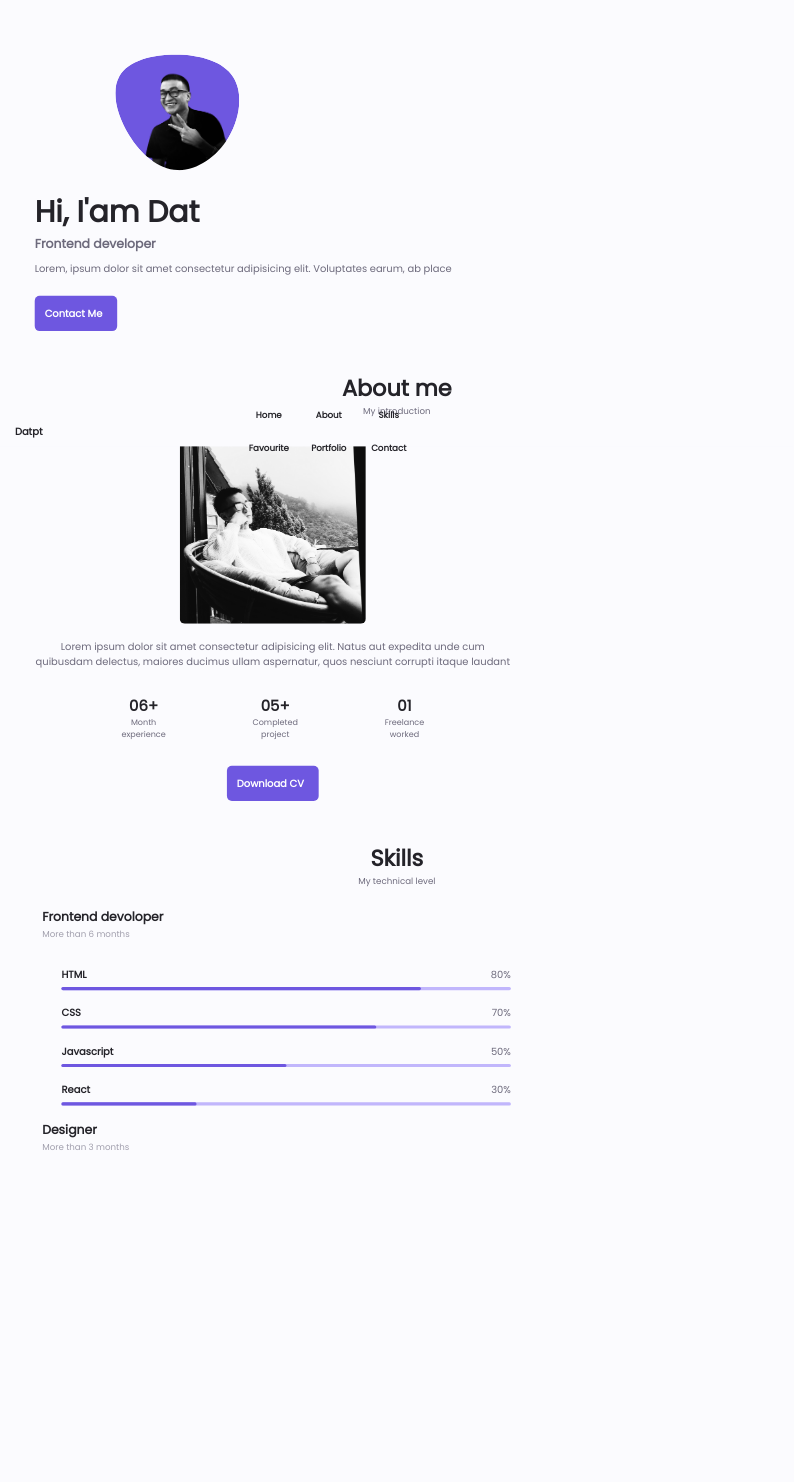
Repository: Datt21/portfolio
Page: index.html
The author's editor kept a copy of each file at every save. The page is drawn from the files as they stood at one save, then again after the next save.
The browser window is 1280 px wide. The pictures show the whole page, at 62% of full size.
Some icons come from a web library that is not loaded, so they are not drawn.

Above is the page before, as saved 2021-07-10 17:38:24.

### index.html
<!DOCTYPE html>
<html lang="en">
<head>
    <meta charset="UTF-8">
    <meta http-equiv="X-UA-Compatible" content="IE=edge">
    <meta name="viewport" content="width=device-width, initial-scale=1.0">
    <!--============= ICONS ================  -->
    <link rel="stylesheet" href="https://unicons.iconscout.com/release/v4.0.0/css/line.css">

    <!-- ============= SWIPER CSS =============== -->
    <link rel="stylesheet" href="">

    <!-- =============== CSS ========================= -->
    <link rel="stylesheet" href="./Css/style.css">

    <title>Portfolio</title>
</head>
<body>
    <!--============================ HEADER ============================ -->
    <header class="header" id="header">
        <nav class="nav container">
            <a href="#" class="nav__logo">Datpt</a>

            <div class="nav__menu" id="nav-menu">
                <ul class="nav__list grid">
                    <li class="nav__item">
                        <a href="#home" class="nav__link">
                            <i class="uil uil-estate nav__icon"></i>Home
                        </a>
                    </li>
                    <li class="nav__item">
                        <a href="#about" class="nav__link">
                            <i class="uil uil-user nav__icon"></i>About
                        </a>
                    </li>
                    <li class="nav__item">
                        <a href="#skills" class="nav__link">
                            <i class="uil uil-file-alt nav__icon"></i>Skills
                        </a>
                    </li>
                    <li class="nav__item">
                        <a href="#fovourite" class="nav__link">
                            <i class="uil uil-books nav__icon"></i>Favourite
                        </a>
                    </li>
                    <li class="nav__item">
                        <a href="#portfolio" class="nav__link">
                            <i class="uil uil-scenery nav__icon"></i>Portfolio
                        </a>
                    </li>
                    <li class="nav__item">
                        <a href="#contact" class="nav__link">
                            <i class="uil uil-message nav__icon"></i>Contact
                        </a>
                    </li>
                </ul>
                <i class="uil uil-times nav__close" id="nav-close"></i>
            </div>

            <div class="nav__btns">
                <div class="nav__toggle" id="nav-toggle">
                    <i class="uil uil-apps"></i>
                </div>
            </div>
        </nav>
    </header>

     <!--==================== MAIN ====================-->
     <main class="main">
        <!--==================== HOME ====================-->
        <section class="home section" id="home">
            <div class="home__container container grid">
                <div class="home__content grid">
                    <div class="home__social">
                        <a href="https://www.facebook.com/profile.php?id=100043830603950" target="_blank" class="home__social-icon">
                            <i class="uil uil-facebook"></i>
                        </a>
                        <a href="https://t.me/datpt21" target="_blank" class="home__social-icon">
                            <i class="uil uil-telegram-alt"></i>
                        </a>
                        <a href="https://github.com/Datt21" target="_blank" class="home__social-icon">
                            <i class="uil uil-github-alt"></i>
                        </a>
                    </div>

                    <div class="home__img">
                        <svg class="home__blob" viewBox="0 0 200 187" xmlns="http://www.w3.org/2000/svg" xmlns:xlink="http://www.w3.org/1999/xlink">
                            <mask id="mask0" mask-type="alpha">
                                <path d="M190.312 36.4879C206.582 62.1187 201.309 102.826 182.328 134.186C163.346 165.547
                                130.807 187.559 100.226 186.353C69.6454 185.297 41.0228 161.023 21.7403 129.362C2.45775
                                97.8511 -7.48481 59.1033 6.67581 34.5279C20.9871 10.1032 59.7028 -0.149132 97.9666
                                0.00163737C136.23 0.303176 174.193 10.857 190.312 36.4879Z"/>
                            </mask>
                            <g mask="url(#mask0)">
                                <path d="M190.312 36.4879C206.582 62.1187 201.309 102.826 182.328 134.186C163.346
                                165.547 130.807 187.559 100.226 186.353C69.6454 185.297 41.0228 161.023 21.7403
                                129.362C2.45775 97.8511 -7.48481 59.1033 6.67581 34.5279C20.9871 10.1032 59.7028
                                -0.149132 97.9666 0.00163737C136.23 0.303176 174.193 10.857 190.312 36.4879Z"/>

                                <image class="home_blob-img" x='12' y='18 'xlink:href="./images/me.png"/>
                            </g>
                        </svg>

                    </div>

                    <div class="home__data">
                        <h1 class="home__title">Hi, I'am Dat</h1>
                        <h3 class="home_subtitle">Frontend developer</h3>
                        <p class="home_description">Lorem, ipsum dolor sit amet consectetur adipisicing elit.
                            Voluptates earum, ab place</p>
                        <a href="#contact" class="button button--flex">
                            Contact Me<i class="uil uil-message button__icon"></i>
                        </a>
                    </div>
                </div>

                <div class="home_scroll">
                    <a href="#about" class="home__scroll-button button--flex">
                        <i class="uil uil-mouse-alt-2 home__scroll-mouse"></i>
                        <span class="home__scroll-name">Scroll down</span>
                        <i class="uil uil-arrow-down home__scroll-arrow"></i>
                    </a>
                </div>
            </div>
        </section>

        <!--==================== ABOUT ====================-->
        <section class="about section" id="about">
            <h2 class="section__title">About me</h2>
            <span class="section__subtitle">My introduction</span>

            <div class="about__container container grid">
                <img src="./images/me2.jpg" alt="" class="about__img">

                <div class="about-data">
                    <p class="about-decription">Lorem ipsum dolor sit amet consectetur adipisicing elit.
                        Natus aut expedita unde cum quibusdam delectus, maiores ducimus ullam aspernatur, quos nesciunt corrupti itaque laudant</p>

                    <div class="about__info">
                        <div>
                            <span class="about__info-title">06+</span>
                            <span class="about__info-name">Month <br> experience</span>
                        </div>
                        <div>
                            <span class="about__info-title">05+</span>
                            <span class="about__info-name">Completed <br> project</span>
                        </div>
                        <div>
                            <span class="about__info-title">01</span>
                            <span class="about__info-name">Freelance <br> worked</span>
                        </div>
                    </div>

                    <div class="about__buttons">
                        <a download="" href="./pdf/LeTienDat_CV.pdf" class="button button--flex">
                            Download CV <i class="uil uil-download-alt button__icon"></i>
                        </a>
                    </div>
                </div>
            </div>


        </section>

        <!--==================== SKILLS ====================-->
        <section class="skills section" id="skills">
            <h2 class="section__title">Skills</h2>
            <span class="section__subtitle">My technical level</span>

            <div class="skills__container container grid">
                <div>
                    <!-- skill 1 -->
                    <div class="skills__content skills__open">
                        <div class="skills__header">
                            <i class="uil uil-brackets-curly skills__icon"></i>

                            <div>
                                <h1 class="skills__title">Frontend devoloper</h1>
                                <span class="skills__subtitle">More than 6 months</span>
                            </div>

                            <i class="uil uil-angle-down skills__arrow"></i>
                        </div>

                        <div class="skills__list grid">
                            <div class="skills__data">
                                <div class="skills__titles">
                                    <h3 class="skills__name">HTML</h3>
                                    <span class="skills__number">80%</span>
                                </div>
                                <div class="skills__bar">
                                    <span class="skills__percentage skills__html"></span>
                                </div>
                            </div>

                            <div class="skills__data">
                                <div class="skills__titles">
                                    <h3 class="skills__name">CSS</h3>
                                    <span class="skills__number">70%</span>
                                </div>
                                <div class="skills__bar">
                                    <span class="skills__percentage skills__css"></span>
                                </div>
                            </div>

                            <div class="skills__data">
                                <div class="skills__titles">
                                    <h3 class="skills__name">Javascript</h3>
                                    <span class="skills__number">50%</span>
                                </div>
                                <div class="skills__bar">
                                    <span class="skills__percentage skills__js"></span>
                                </div>
                            </div>

                            <div class="skills__data">
                                <div class="skills__titles">
                                    <h3 class="skills__name">React</h3>
                                    <span class="skills__number">30%</span>
                                </div>
                                <div class="skills__bar">
                                    <span class="skills__percentage skills__react"></span>
                                </div>
                            </div>
                        </div>
                    </div>

                    <!-- skill 2 -->
                    <div class="skills__content skills__close">
                        <div class="skills__header">
                            <i class="uil uil-swatchbook skills__icon"></i>

                            <div>
                                <h1 class="skills__title">Designer</h1>
                                <span class="skills__subtitle">More than 3 months</span>
                            </div>
                            <i class="uil uil-angle-down skills__arrow"></i>
                        </div>

                        <div class="skills__list grid">
                            <div class="skills__data">
                                <div class="skills__titles">
                                    <h3 class="skills__name">Figma</h3>
                                    <span class="skills__number">40%</span>
                                </div>
                                <div class="skills__bar">
                                    <span class="skills__percentage skills__figma"></span>
                                </div>
                            </div>

                            <div class="skills__data">
                                <div class="skills__titles">
                                    <h3 class="skills__name">Photoshop</h3>
                                    <span class="skills__number">30%</span>
                                </div>
                                <div class="skills__bar">
                                    <span class="skills__percentage skills__photoshop"></span>
                                </div>
                            </div>

                        </div>
                    </div>
                </div>
            </div>


        </section>

        <!--==================== QUALIFICATION ====================-->
        <section class="qualification section">


        </section>

        <!--==================== SERVICES ====================-->
        <section class="services section" id="services">


        </section>

        <!--==================== PORTFOLIO ====================-->
        <section class="portfolio section" id="portfolio">


        </section>

        <!--==================== PROJECT IN MIND ====================-->
        <section class="project section">


        </section>

        <!--==================== TESTIMONIAL ====================-->
        <section class="testimonial section">


        </section>

        <!--==================== CONTACT ME ====================-->
        <section class="contact section" id="contact">


        </section>
    </main>

    <!--==================== FOOTER ====================-->
    <footer class="footer">


    </footer>

    <!--==================== SCROLL TOP ====================-->


    <!--==================== SWIPER JS ====================-->
    <script src=""></script>

    <!-- =================== JS ======================= -->
    <script src="./JS/main.js"></script>
</body>
</html>

### Css/style.css
/* ========================= GOOGLE FONTS ========================= */
@import url('https://fonts.googleapis.com/css2?family=Poppins&display=swap');

/*========================= VARIABLES CSS ==========================*/
:root{
    --header-height: 3rem;

    /* ---COLORS----- */
    --hue-color: 250;
    --first-color: hsl(var(--hue-color), 69%, 61%);
    --first-color-second: hsl(var(--hue-color), 69%, 61%);
    --first-color-alt: hsl(var(--hue-color), 57%, 53%);
    --first-color-lighter: hsl(var(--hue-color), 92%, 85%);
    --title-color:hsl(var(--hue-color), 8%, 15%);
    --text-color: hsl(var(--hue-color), 8%, 45%);
    --text-color-light: hsl(var(--hue-color), 8%, 65%);
    --input-color: hsl(var(--hue-color), 70%, 96%);
    --body-color: hsl(var(--hue-color), 60%, 99%);
    --container-color: #fff;

    /* --- FONT & SIZES */
    --body-font: 'Poppins', sans-serif;

    --font-semi-bold: 700;
    --font-medium: 600;

    --big-font-size: 2rem;
    --h1-font-size: 1.5rem;
    --h2-font-size: 1.25rem;
    --h3-font-size: 1.125rem;
    --normal-font-size: .938rem;
    --small-font-size: .813rem;
    --smaller-font-size: .75rem;

    /* --- MARGIN BOTTOM */
    --mb-0-25: .25rem;
    --mb-0-5: .5rem;
    --mb-0-75: .75rem;
    --mb-1: 1rem;
    --mb-1-5: 1.5rem;
    --mb-2: 2rem;
    --mb-2-5: 2.5rem;
    --mb-3: 3rem;

    /* Z INDEX */
    --z-tooltip: 10;
    --z-fixed: 100;
    --z-modal: 1000;

}

/* Font size for large devices */
@media screen and (min-width: 968px){
    :root {
        --big-font-size: 3rem;
        --h1-font-size: 2.25rem;
        --h2-font-size: 1.5rem;
        --h3-font-size: 1.25rem;
        --normal-font-size: 1rem;
        --small-font-size: .875rem;
        --smaller-font-size: .813rem;
    }

}

/*====================== Variables Dark Theme ===================  */

/*====================== Button Dark/Light  ===================  */

/*====================== BASE ========================= */
*{
    box-sizing: border-box;
    padding: 0;
    margin: 0;
}

html{
    scroll-behavior: smooth;
}

body{
    margin: 0 0 var(--header-height) 0;
    font-family: var(--body-font);
    font-size: var(--normal-font-size);
    background-color: var(--body-color);
    color: var(--text-color);
}

h1,h2,h3,h4{
    color: var(--title-color);
    font-weight: var(--font-semi-bold)
}

ul{
    list-style: none;
}

a{
    text-decoration: none;
}

img{
    max-width: 100%;
    height: auto;
}

/*========================= set section - css classes ====================  */
.section{
    padding: 2rem;
}

.section__title{
    font-size: var(--h1-font-size);
}

.section__subtitle{
    display: block;
    font-size: var(--small-font-size);
    margin-bottom: var(--mb-2);
}

.section__title,
.section__subtitle{
    text-align: center;
}

/* ===================== LAYOUT ============================== */
.container{
    max-width: 768px;
    margin-left: var(--mb-1-5);
    margin-right: var(--mb-1-5);
}

.grid{
    display: grid;
    gap: 1.5rem;
}

.header{
    width: 100%;
    position: fixed;
    bottom: 0;
    left: 0;
    z-index: var(--z-fixed);
    background-color: var(--body-color);
}

/* ===================== NAV ==================== */
.nav{
    max-width: 968px;
    height: var(--header-height);
    display: flex;
    justify-content:space-between;
    align-items: center;
}

.nav__logo,
.nav__toggle{
    color: var(--title-color);
    font-weight: var(--font-medium);
}

.nav__logo:hover{
    color: var(--first-color);
}

.nav__toggle{
    font-size: 1.1rem;
    cursor: pointer;
}

.nav__toggle:hover{
    color: var(--first-color);
}

@media screen and (max-width: 767px) {
    .nav__menu{
        position: fixed;
        bottom: -100%;
        left: 0;
        width: 100%;
        background-color: var(--body-color);
        padding: 2rem 1.5rem 4rem;
        box-shadow: 0 -1px 4px rgb(0,0,0, .15 );
        border-radius: 1.5rem 1.5rem 0 0;
        transition:0.3s;
    }
}

.nav__list{
    grid-template-columns: repeat(3,1fr);
    gap: 2rem;
}

.nav__link{
    display: flex;
    flex-direction: column;
    align-items: center;
    font-size: var(--small-font-size);
    color: var(--title-color);
    font-weight: var(--font-medium);
}

.nav__link:hover{
    color: var(--first-color);
}

.nav__icon{
    font-size: 1.2rem;
}

.nav__close{
    position: absolute;
    right: 1.3rem;
    bottom: .5rem;
    font-size: 1.5rem;
    cursor: pointer;
    color: var(--first-color);
}

.nav__close:hover{
    color: var(--first-color-alt);
}

/* -----show menu ---------- */
.show-menu{
    bottom: 0;
}

/*==================== HOME ====================*/
.home__container{
    gap: 1rem;
}

.home__content{
    grid-template-columns: .5fr 3fr;
    padding-top: 3.5rem;
    align-items: center;
}

.home__social{
    display: grid;
    grid-template-columns: max-content;
    row-gap: 1rem;
}

.home__social-icon{
    font-size: 1.25rem;
    color: var(--first-color);
}

.home__social-icon:hover{
    color: var(--first-color-alt);
    transform: scale(1.2);
}

.home__blob{
    width: 200px;
    fill: var(--first-color);
}

.home_blob-img{
    width: 170px;
}

.home__data{
    grid-column: 1/3;
}

.home__title{
    font-size: var(--big-font-size);
}

.home_subtitle{
    font-size: var(--h3-font-size);
    color: var(--text-color);
    font-weight: var(--font-medium);
    margin-bottom: var(--mb-0-75);
}

.home_description{
    margin-bottom: var(--mb-2);
}

.home_scroll{
    display: none;
}

.home__scroll-button{
    color: var(--first-color);
    transition: 0.3s;
}

.home__scroll-button:hover{
    transform: translateY(0.25rem);
}

.home__scroll-mouse{
    font-size: 2rem;
}

.home__scroll-name{
    font-size: var(--small-font-size);
    color: var(--title-color);
    font-weight: var(--font-medium);
    margin-right: var(--mb-0-25);
}

.home__scroll-arrow{
    font-size: 1.25rem;
}

/*==================== BUTTONS ====================*/
.button{
    display: inline-block;
    background-color: var(--first-color);
    color: #fff;
    padding: 1rem;
    border-radius: .5rem;
    font-weight: var(--font-medium);
}

.button:hover{
    background-color: var(--first-color-alt);
}

.button__icon{
    font-size: 1.25rem;
    margin-left: var(--mb-0-5);
    transition: 0.3s;
}

.button--flex{
    display: inline-flex;
    align-items: center;
}



/*==================== ABOUT ====================*/
.about__img{
    border-radius: .5rem;
    width: 300px;
    justify-self: center;
    align-self: center;
    height: 300px;
    object-fit: cover;
}

.about-decription{
    text-align: center;
    margin-bottom: var(--mb-2-5);
}

.about__info{
    display: flex;
    justify-content: space-evenly;
    margin-bottom: var(--mb-2-5);
}

.about__info-title{
    font-size: var(--h2-font-size);
    font-weight: var(--font-semi-bold);
    color: var(--title-color);
}

.about__info-name{
    font-size: var(--smaller-font-size);
}

.about__info-title,
.about__info-name{
    display: block;
    text-align: center;
}

.about__buttons{
    display: flex;
    justify-content: center;
}

/*==================== SKILLS ====================*/
.skills__container{
    row-gap: 0;
}

.skills__header{
    display: flex;
    align-items: center;
    margin-bottom: var(--mb-2-5);
    cursor: pointer;
}

.skills__icon,
.skills__arrow{
    font-size: 2rem;
    color: var(--first-color);
}

.skills__icon{
    margin-right: var(--mb-0-75);
}

.skills__content{
    margin-bottom: var(--mb-1-5);
}

.skills__title{
    font-size: var(--h3-font-size);
}

.skills__subtitle{
    font-size: var(--small-font-size);
    color: var(--text-color-light);
}

.skills__arrow{
    margin-left: auto;
    transition: .4s;
}

.skills__list{
    row-gap: 1.5rem;
    padding-left: 2.7rem;
}

.skills__titles{
    display: flex;
    justify-content: space-between;
    margin-bottom: var(--mb-0-5);
}

.skills__name{
    font-size: var(--normal-font-size);
    font-weight: var(--font-medium);
}

.skills__bar,
.skills__percentage{
    height: 5px;
    border-radius: .25rem;
}

.skills__bar{
    background: var(--first-color-lighter);
}

.skills__percentage{
    display: block;
    background-color: var(--first-color);
}

.skills__html{
    width: 80%;
}

.skills__css{
    width: 70%;
}

.skills__js{
    width: 50%;
}

.skills__react{
    width: 30%;
}

.skills__figma{
    width: 40%;
}

.skills__photoshop{
    width: 30%;
}


.skills__close .skills__list{
    height: 0;
    overflow: hidden;
}
/*==================== QUALIFICATION ====================*/


/*==================== SERVICES ====================*/


/* Active Modal */


/*==================== PORTFOLIO ====================*/


/*==================== PROJECT IN MIND ====================*/


/*==================== TESTIMONIAL ====================*/


/*==================== CONTACT ME ====================*/


/*==================== FOOTER ====================*/


/*========== SCROLL UP ==========*/


/* Show scroll */


/*========== SCROLL BAR ==========*/


/*==================== MEDIA QUERIES ====================*/
/* For small devices */


/* For medium devices */


/* For large devices */

Loaded but not shown: JS/main.js (56 lines, source omitted)

After the next save:
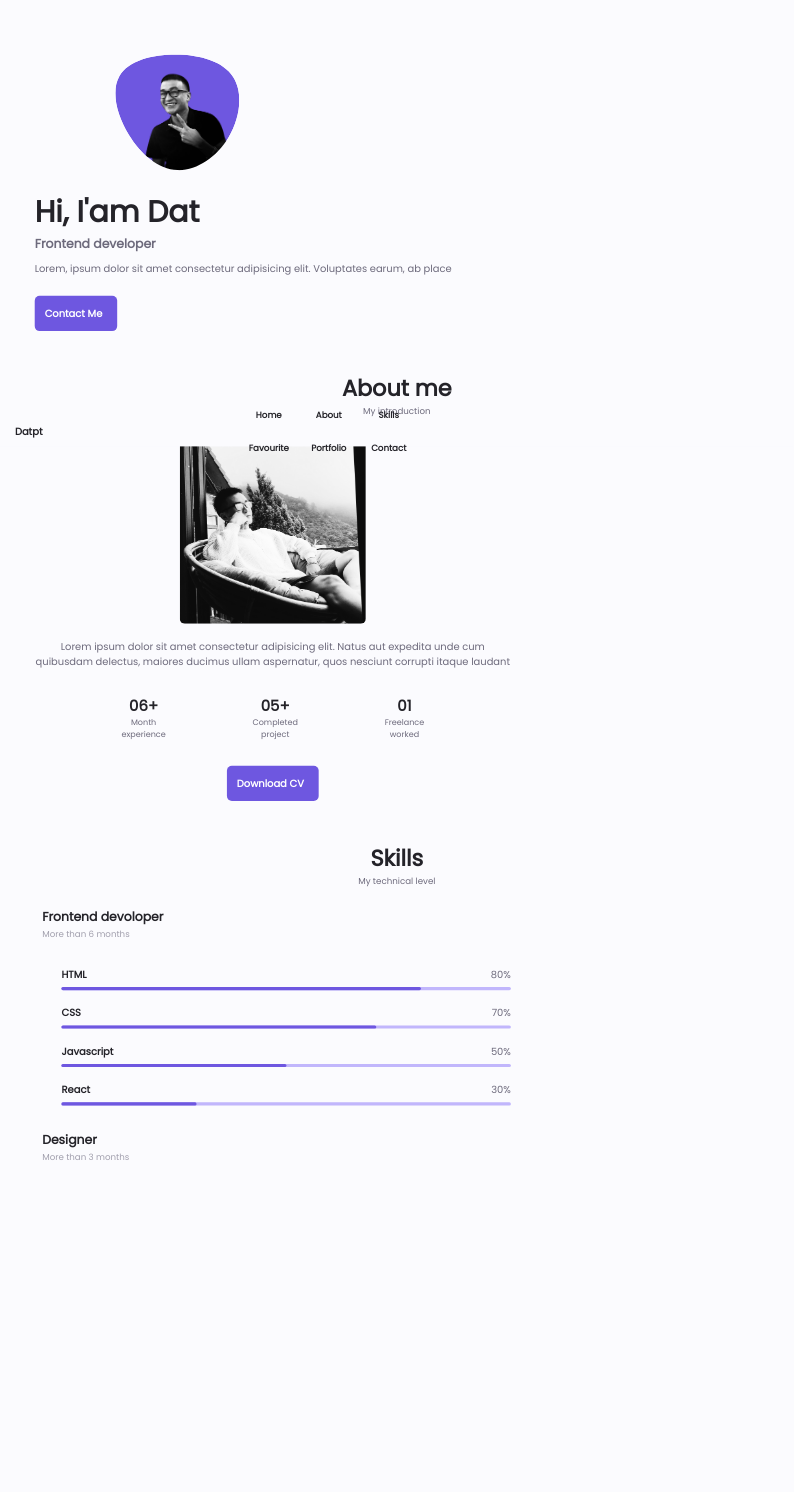
Saved 58 s later.
--- a/Css/style.css
+++ b/Css/style.css
@@ -479,6 +479,11 @@ img{
     height: 0;
     overflow: hidden;
 }
+
+.skills__open .skills__list{
+    height: max-content;
+    margin-bottom: var(--mb-2-5);
+}
 /*==================== QUALIFICATION ====================*/
 
 
